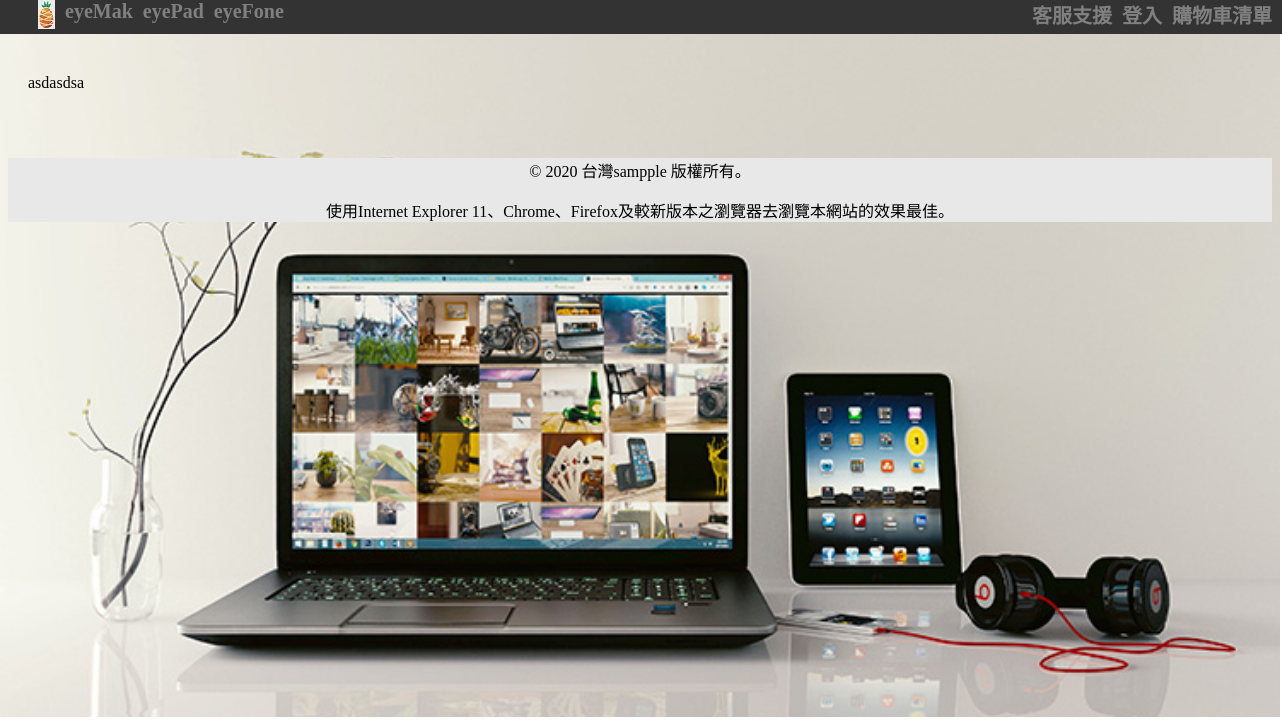
Repository: Vincent4142/NewFinalProject
Page: http://localhost/FinalProject/
An editor plug-in stored every save of this project. The page is shown before and after the next save, followed by the edit.
The browser window is 1280 px wide. The page is 1282 px wide, so the pictures cover 1282 px, including what lies to the right of the window. The pictures show the whole page.
The page is served by Tomcat 9. Other server files are loaded and not shown.

Above is the page before, as saved 2020-04-09 06:03:13.

### FinalProject/WebContent/index.jsp
<%@ page language="java" contentType="text/html; charset=UTF-8"
	pageEncoding="UTF-8"%>

<!DOCTYPE html>
<html>
<head>
<meta charset="UTF-8">
<title>index</title>
<style type="text/css">
body {
	background-image: url(img/indexbackground.jpg);
	background-repeat: no-repeat;
	background-size: cover;
}

.content {
	min-height: 100%;
}

.content-inside {
	padding: 20px;
	padding-bottom: 50px;
}
</style>
</head>
<body>

	<%@ include file="fragment/indexTOP.jsp"%>


	<div class="content">
		<div class="content-inside">asdasdsa</div>


	</div>

	<%@ include file="fragment/indexBOTTOM.jsp"%>
</body>
</html>

### FinalProject/WebContent/fragment/indexTOP.jsp
<%@ page language="java" contentType="text/html; charset=UTF-8"
	pageEncoding="UTF-8"%>
<!DOCTYPE html>
<html>
<head>
<meta charset="UTF-8">
<title>indexTOP</title>

<style type="text/css">
.nav {
	margin-top: -20px;
	margin-left: -10px;
	margin-right: -10px;
	background-color: black;
}
/* 主UL */
.navul {
	background: rgba(255, 255, 255, 0.2);
	list-style-type: none;
	font-weight: bolder;
	font-size: 20px;
	overflow: auto;
}

.navul li {
	border-radius: 5px;
	margin-left: 0px;
	margin-right: 10px;
	float: left;
	display: block;
	position: static;
}

.navul li a {
	text-decoration: none;
	color: gray;
}

.navul li a:hover {
	color: white;
}

#navright {
	float: right;
}
</style>

</head>
<body>

	<nav class="nav" style="text-align: center;">

		<ul class="navul">
			<li><a href="index.jsp"><img alt="logo" src="img/pineapple.jpg"></a></li>
			<li><a href="eyeMakPage.jsp">eyeMak</a></li>
			<li><a href="eyePadPage.jsp">eyePad</a></li>
			<li><a href="eyeFonePage.jsp">eyeFone</a></li>

			<div id="navright">
				<li><a href="customerServicePage.jsp">客服支援</a></li>
				<li><a href="LoginPage.jsp">登入</a></li>
				<li><a href="shoppingcartPage.jsp">購物車清單</a></li>
			</div>
		</ul>

	</nav>

</body>
</html>

### FinalProject/WebContent/fragment/indexBOTTOM.jsp
<%@ page language="java" contentType="text/html; charset=UTF-8"
    pageEncoding="UTF-8"%>
<!DOCTYPE html>
<html>
<head>
<meta charset="UTF-8">
<title>indexBOTTOM</title>

<style type="text/css">

	#bottom{
		background-color:#E8E8E8;
		text-align: center;

	}

</style>

</head>
<body>
	<div id="bottom">
		<p>© 2020 台灣sampple 版權所有。</p>

		<p>使用Internet Explorer 11、Chrome、Firefox及較新版本之瀏覽器去瀏覽本網站的效果最佳。</p>
	</div>
</body>
</html>

After the next save:
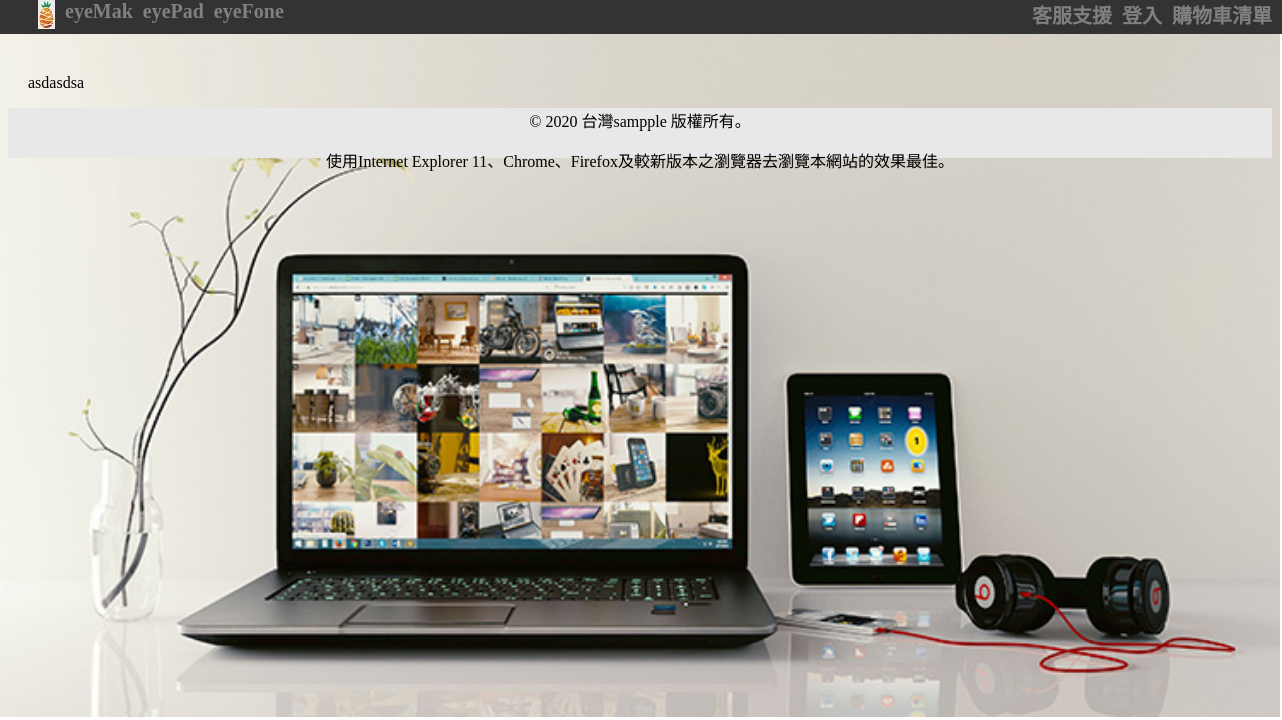
Saved 42 s later.
--- a/FinalProject/WebContent/fragment/indexBOTTOM.jsp
+++ b/FinalProject/WebContent/fragment/indexBOTTOM.jsp
@@ -11,7 +11,8 @@
 	#bottom{
 		background-color:#E8E8E8;
 		text-align: center;
-
+		 height: 50px;
+  margin-top: -50px;
 	}
 
 </style>
